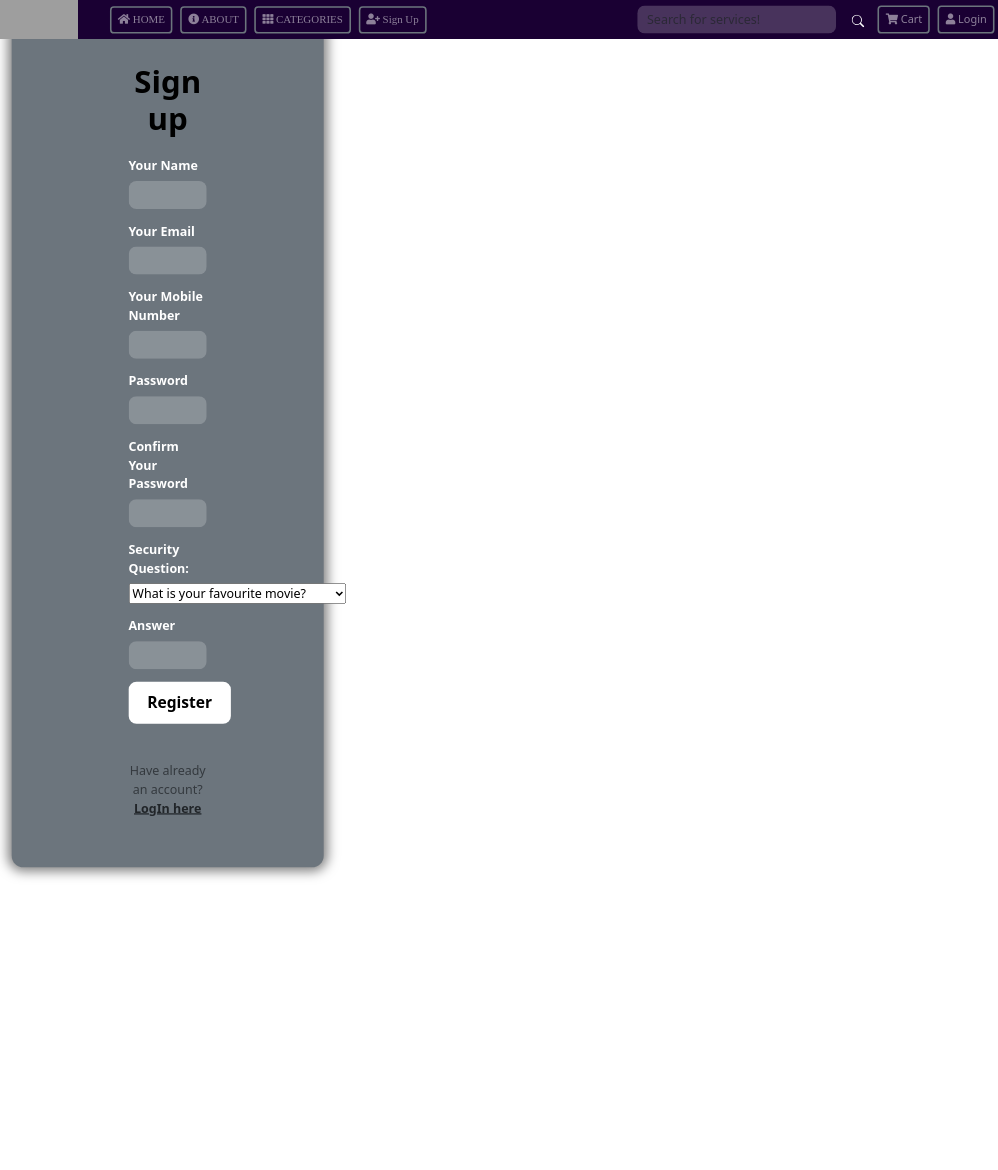
Repository: Ishanibmk/MOVIOT---An-OTT-Platform-using-Java-and-Springboot
Page: http://localhost/OTT/WEB-INF/view/signup.jsp
The author's editor kept a copy of each file at every save. The page is drawn from the files as they stood at one save, then again after the next save.
The browser window is 1280 px wide. The pictures show the whole page, at 78% of full size.
Pictures or frames that could not be fetched are drawn as grey boxes. Some web libraries are served in a nearby version. The page is served by Tomcat 9. Nobody is signed in. The template is opened directly, without the code that normally fills it, so the values that code supplies are empty.

Above is the page before, as saved 2024-03-02 14:26:57.

After the next save:
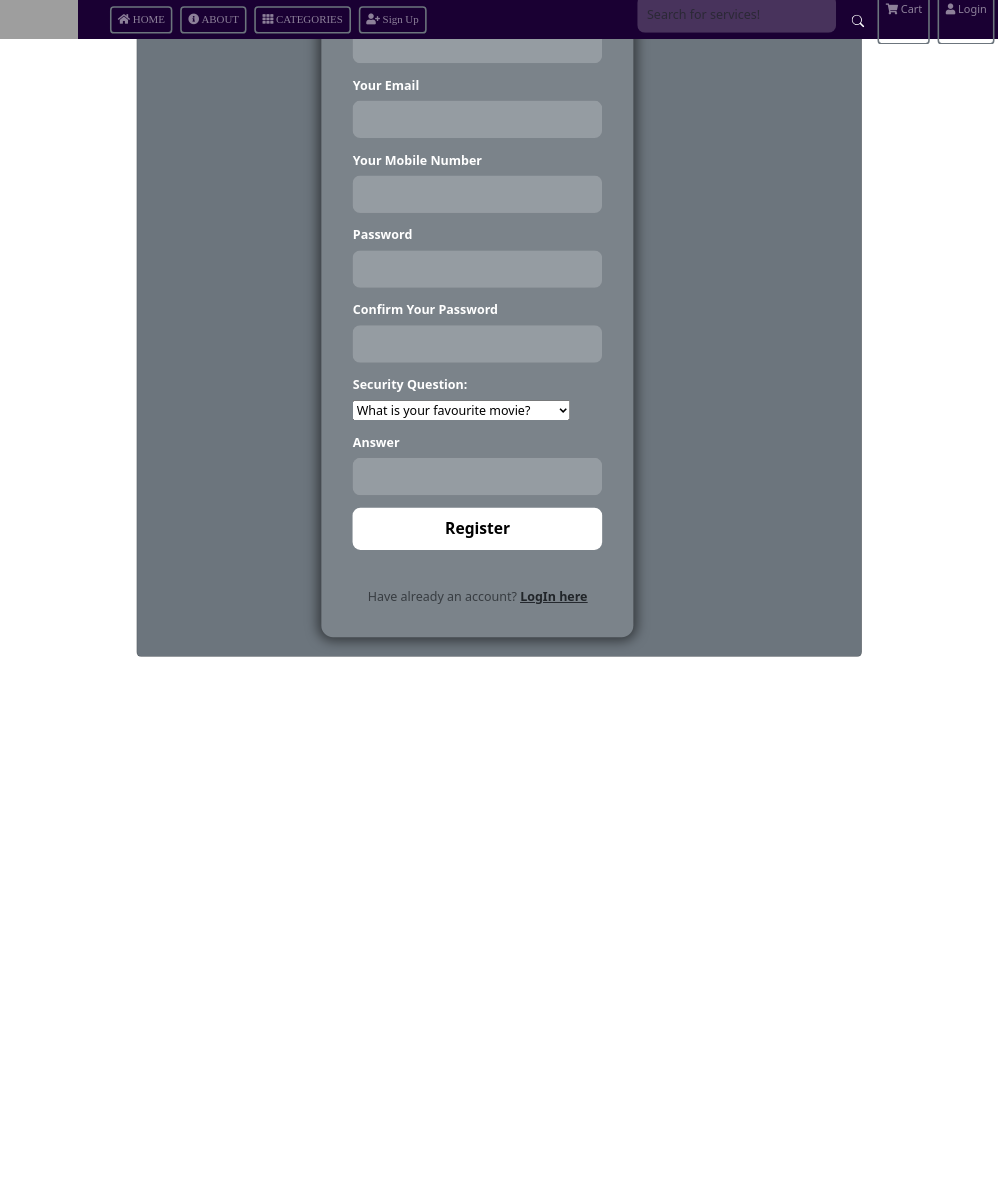
Saved 3 min 4 s later.
--- a/Moviot/MOVIOT-main/ott/OTT/src/main/webapp/WEB-INF/view/signup.jsp
+++ b/Moviot/MOVIOT-main/ott/OTT/src/main/webapp/WEB-INF/view/signup.jsp
@@ -37,16 +37,19 @@
     .navbar-nav .btn-outline-light {
       color: #fff; /* White text color */
     }
-    /* Additional styles for card and form */
-    .card-container {
+    /* Additional styles for form container */
+    .form-container {
       margin-top: 20px; /* Add margin to start below the header */
+      display: flex;
+      justify-content: center; /* Horizontally center align */
+      align-items: center; /* Vertically center align */
+      height: calc(100vh - 70px); /* Full viewport height minus navbar height and margin-top */
     }
-    .card {
+    .form-container form {
       background-color: rgba(255, 255, 255, 0.1);
-      border: none;
+      padding: 40px;
       border-radius: 15px;
       box-shadow: 0px 0px 15px 5px rgba(0, 0, 0, 0.5);
-      padding: 40px;
       max-width: 400px;
       width: 80%;
     }
@@ -58,6 +61,8 @@
       color: #ffffff;
       border: none;
       border-radius: 10px;
+      padding: 12px;
+      margin-bottom: 15px; /* Add margin between form fields */
     }
     .btn-lg {
       background-color: #ffffff;
